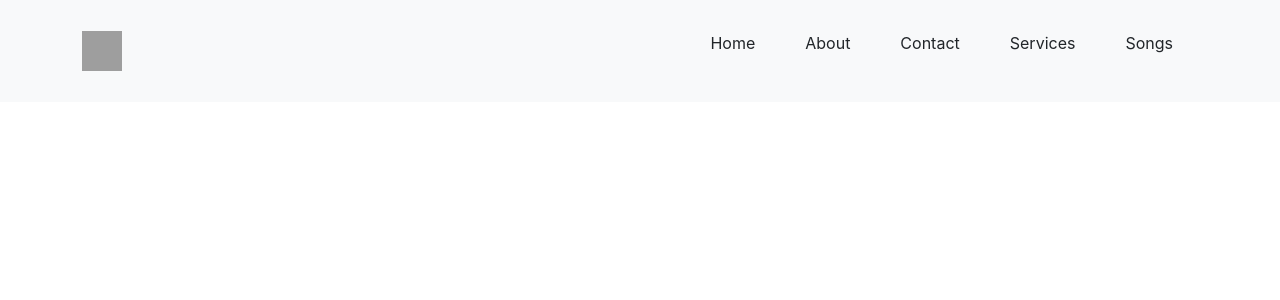
Repository: stephenkayade/cephas-musical
Page: / (app in cephas-musical/)
These files come from the project's save history. The page is drawn as it stood at one moment and after a run of saves; the edit follows.
The browser window is 1280 px wide. The pictures show the whole page.
Pictures or frames that could not be fetched are drawn as grey boxes. The project was rebuilt for these pictures with package versions that can differ from the ones it lists, and the page was loaded fresh each time. A package was used in the major version that the imports need, not the one package.json lists. Also part of the build but not shown: cephas-musical/src/components/Master.jsx.

Above is the page before, as saved 2021-03-09 05:05:40.

After the next 2 saves:
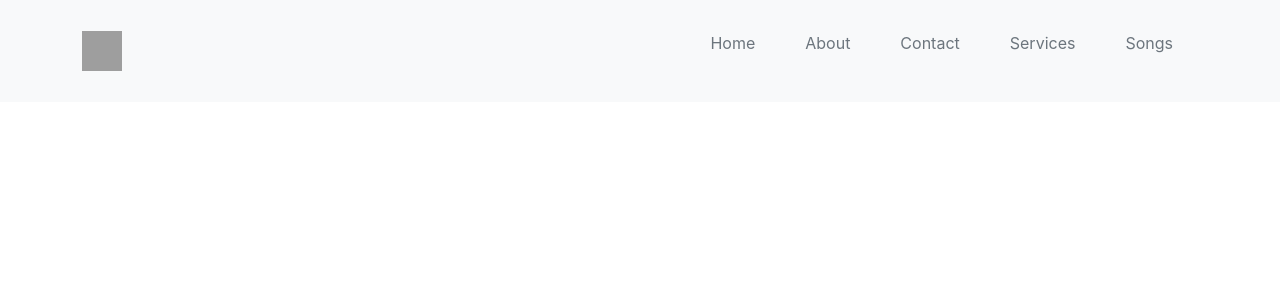
The 2 saves are shown as one change because they came seconds apart.
The last was saved 20 s later.
--- a/cephas-musical/src/components/partials/Navbox.jsx
+++ b/cephas-musical/src/components/partials/Navbox.jsx
@@ -6,7 +6,7 @@ const Navbox = ({LinkUrl, title}) => {
     <>
       <div className="navbox">
         <li>
-          <Link className="px-2 btn text-dark" to={Link ? LinkUrl : null}>{title ? title : 'invalid'}</Link>
+          <Link className="px-2 btn text-secondary" to={Link ? LinkUrl : null}>{title ? title : 'invalid'}</Link>
         </li>
       </div>
     </>
